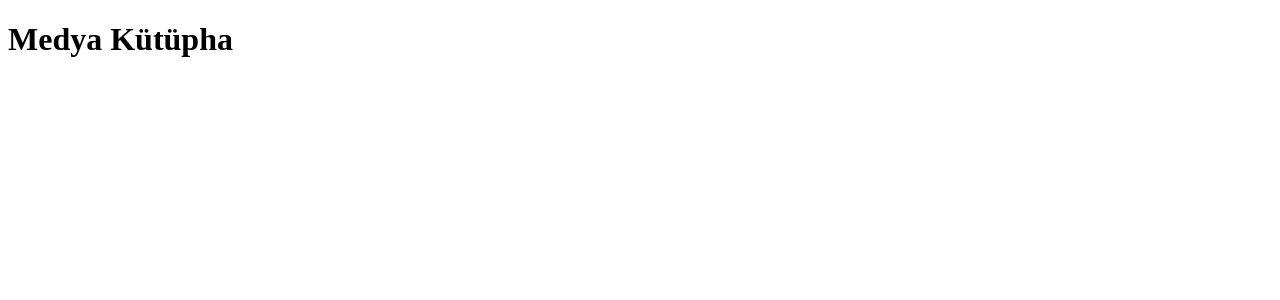
Repository: BeritanBlgn/web-yazilim-muhendisligi
Page: Modul_1/Ders_9/1.9.5_gorev1.html
The author's editor kept a copy of each file at every save. The page is drawn from the files as they stood at one save, then again after the next save.
The browser window is 1280 px wide. The pictures show the whole page.

Above is the page before, as saved 2026-10-27 22:19:21.

### Modul_1/Ders_9/1.9.5_gorev1.html
<!DOCTYPE html>
<html lang="tr">
<head>
    <meta charset="UTF-8">
    <meta name="viewport" content="width=device-width, initial-scale=1.0">
    <title>Ders-9 | Görev 1</title>
</head>
<body>
    <h1>
        Medya Kütüpha
    </h1>
</body>
</html>

After the next save:
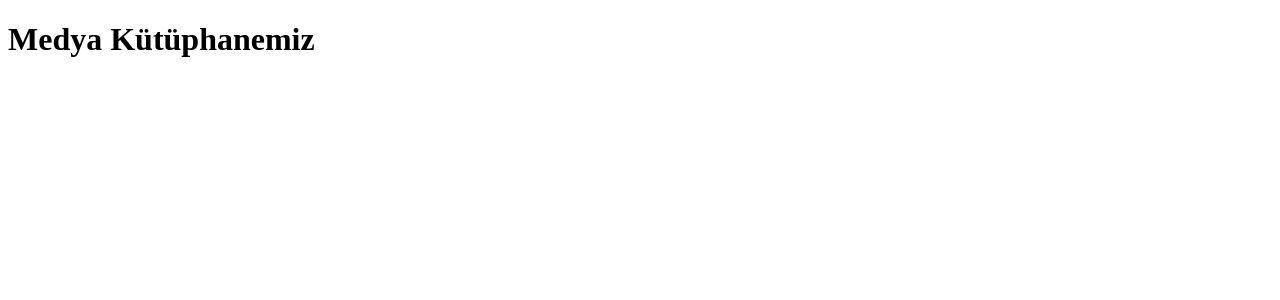
Saved 4 s later.
--- a/Modul_1/Ders_9/1.9.5_gorev1.html
+++ b/Modul_1/Ders_9/1.9.5_gorev1.html
@@ -7,7 +7,7 @@
 </head>
 <body>
     <h1>
-        Medya Kütüpha
+        Medya Kütüphanemiz
     </h1>
 </body>
 </html>
